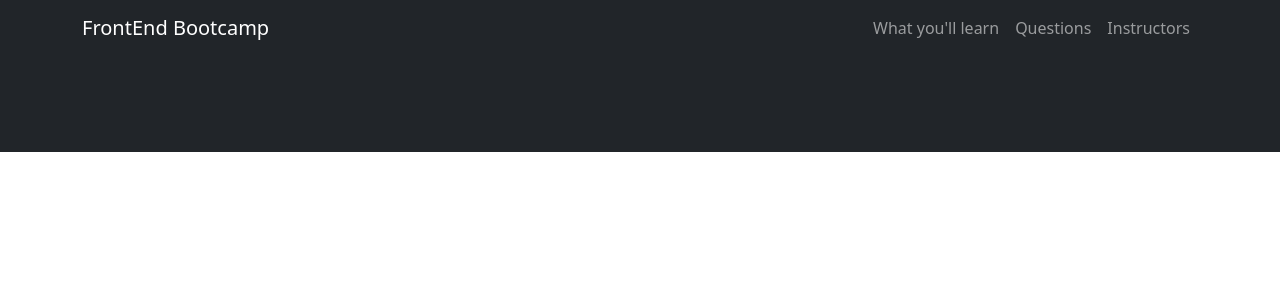
Repository: HaziimYassien/Front-End-BootCamp-__BootStrap-Project
Page: Front End BootCamp2/index.html
These files come from the project's save history. The page is drawn as it stood at one moment and after a run of saves; the edit follows.
The browser window is 1280 px wide. The pictures show the whole page.

Above is the page before, as saved 2024-01-12 02:04:06.

After the next 2 saves:
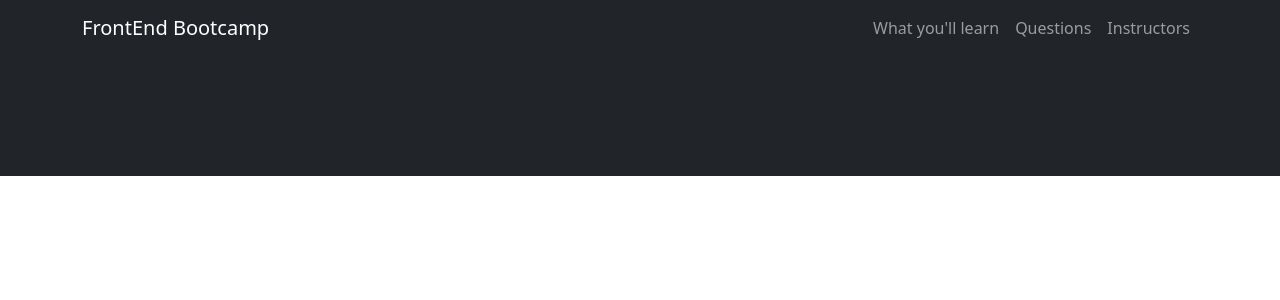
The 2 saves are shown as one change because they came seconds apart.
The last was saved 48 s later.
--- a/Front End BootCamp2/index.html
+++ b/Front End BootCamp2/index.html
@@ -44,7 +44,12 @@
 
     <!-- START _ShowCase -->
     <section class="bg-dark text-light p-5 text-center">
-      <div class="container"></div>
+      <div class="container">
+        <div>
+          <div></div>
+          <img src="" alt="" />
+        </div>
+      </div>
     </section>
     <script
       src="https://cdn.jsdelivr.net/npm/bootstrap@5.3.2/dist/js/bootstrap.bundle.min.js"
